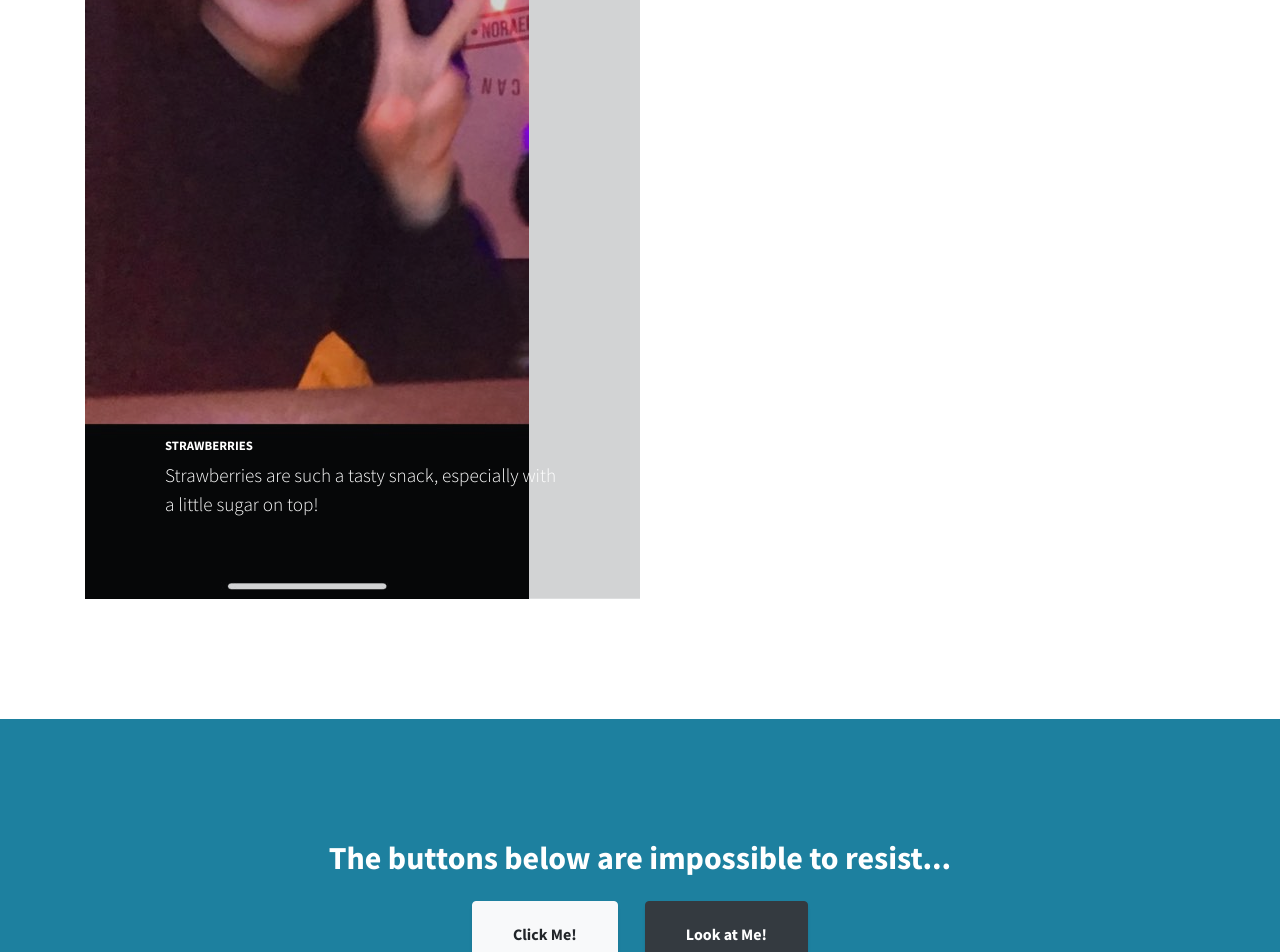
Repository: seungminlll3420/ruby_on_rails
Page: 가족/index.html
The author's editor kept a record of every edit. The page is drawn from the files as they stood at one moment, then again after the next edit.
The browser window is 1280 px wide. The pictures show the part of the page from y = 2067 to 3019 px (the page is 3925 px tall).

Above is the page before.

After the next edit:
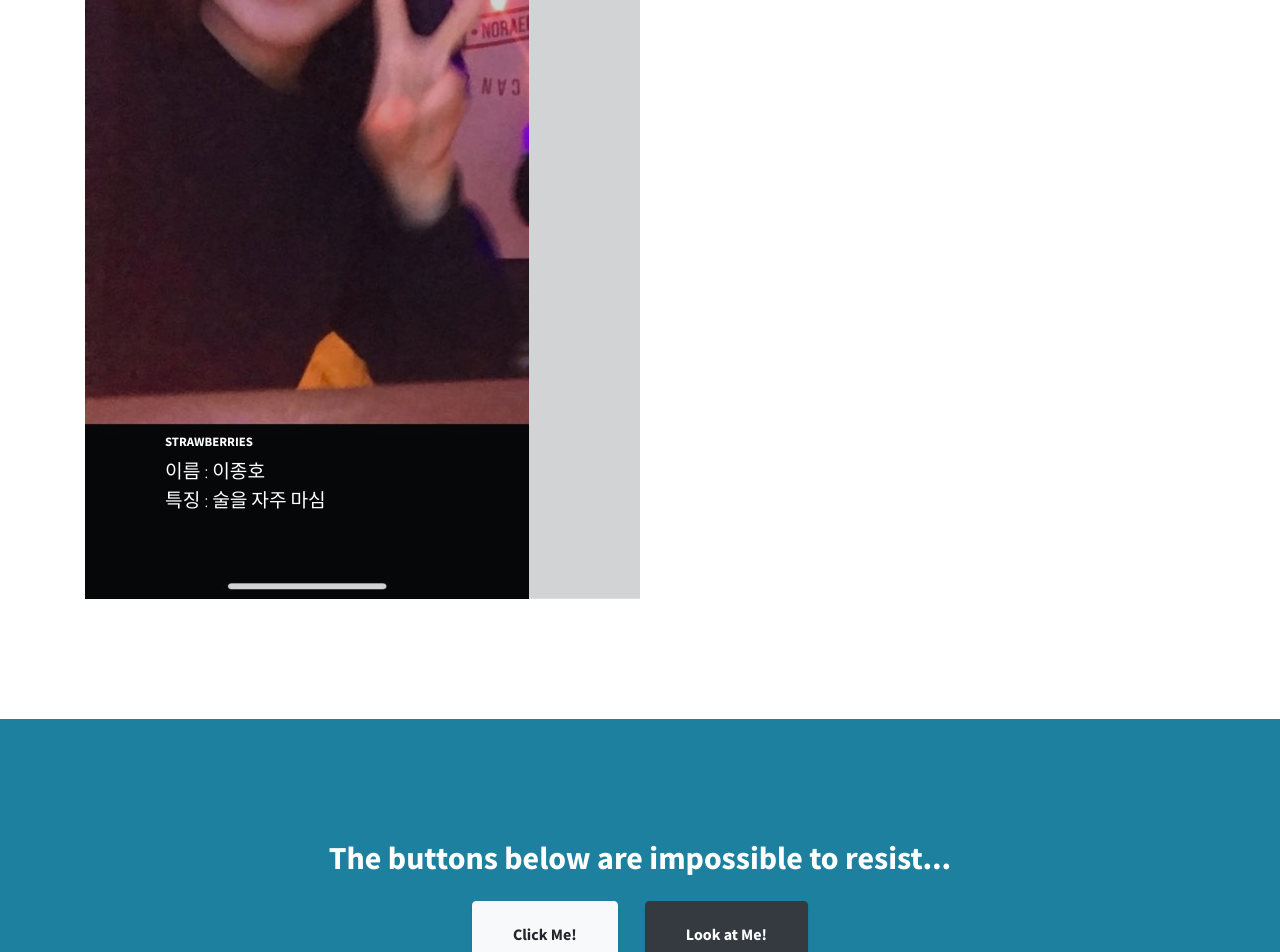
The edit:
--- a/가족/index.html
+++ b/가족/index.html
@@ -110,7 +110,8 @@
             <span class="caption">
               <span class="caption-content">
                 <h2>Strawberries</h2>
-                <p class="mb-0">Strawberries are such a tasty snack, especially with a little sugar on top!</p>
+               <p class="mb-0">이름 : 이종호</p>
+                <p class="mb-1"> 특징 : 술을 자주 마심</p>
               </span>
             </span>
             <img class="img-fluid" src="./../img/이지영.jpg" alt="">
